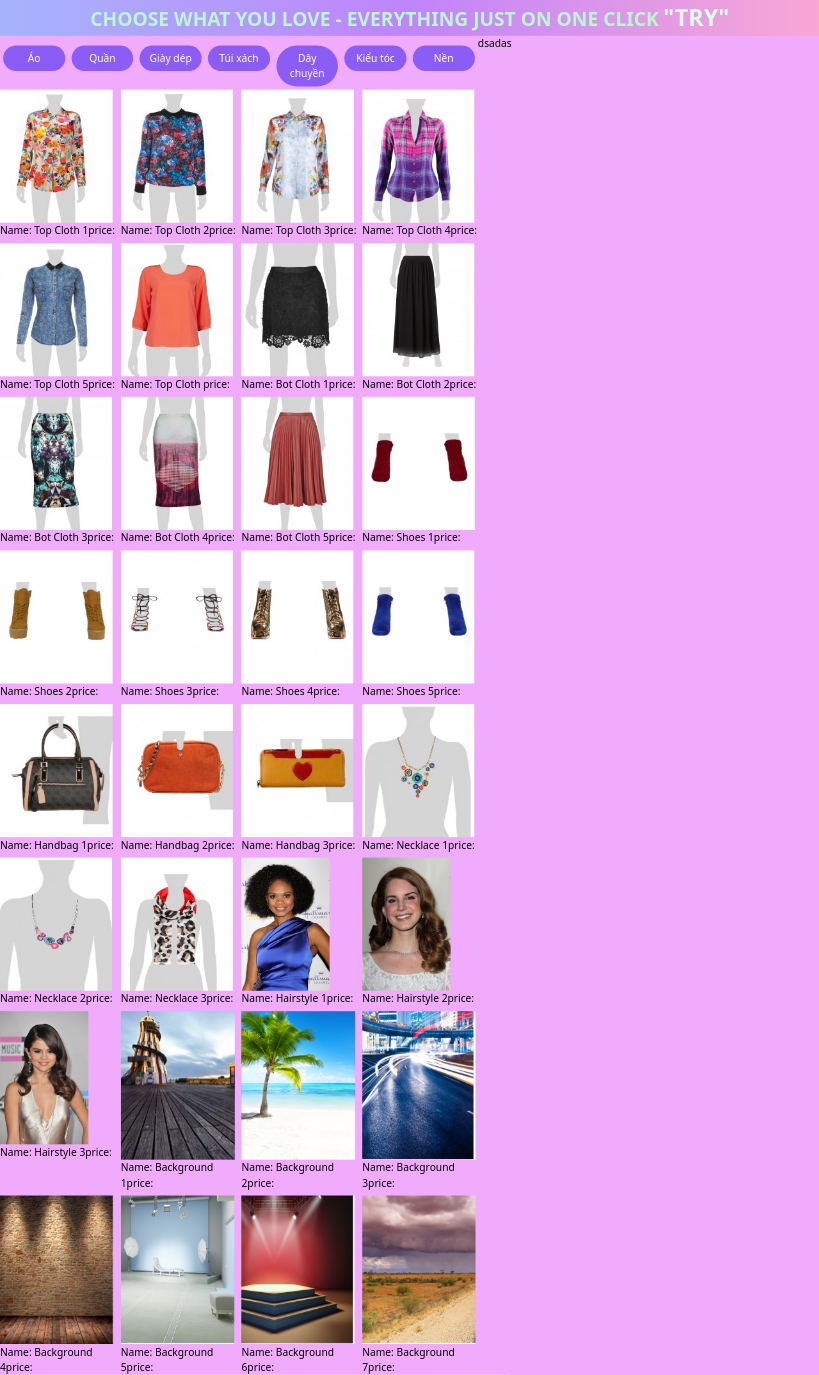
Repository: NguyenVietPhuQuy/ReactJs-TailWind-Redux-FunctionHook-ModelDesign
Page: / (app in modeldesign/)
The author's editor kept a copy of each file at every save. The page is drawn from the files as they stood at one save, then again after the next save.
The browser window is 1280 px wide. The pictures show the whole page, at 64% of full size.
The project was rebuilt for these pictures with package versions that can differ from the ones it lists, and the page was loaded fresh each time. Also part of the build but not shown: modeldesign/src/App.css.

Above is the page before, as saved 2022-11-17 15:27:42.

After the next save:
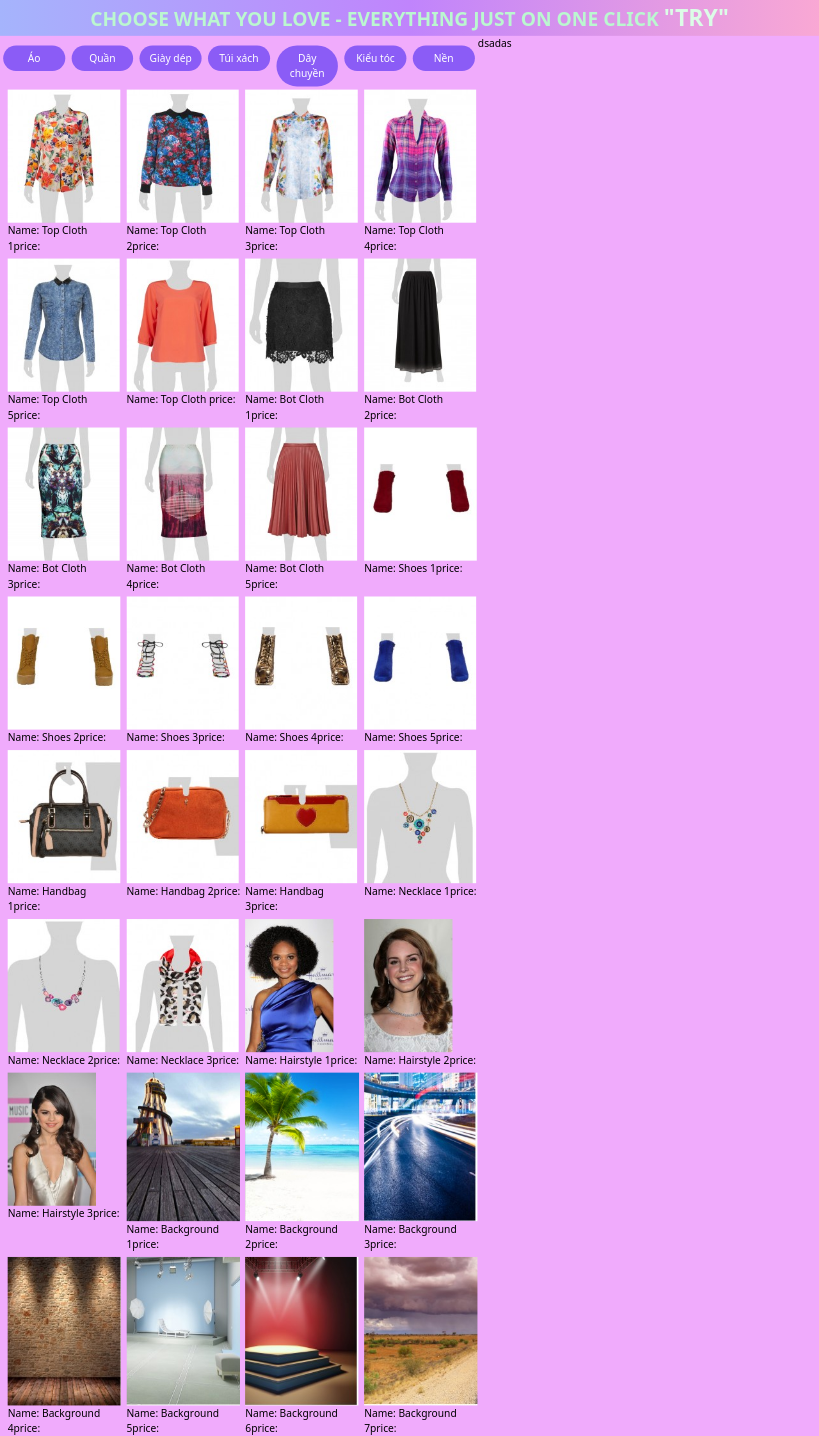
Saved 28 s later.
--- a/modeldesign/src/Components/ProductList.js
+++ b/modeldesign/src/Components/ProductList.js
@@ -4,7 +4,7 @@ function ProductList() {
     const productList = useSelector(state => state.products.product)
     console.log(productList)
     return (
-        <div className="grid grid-cols-4 gap-2">
+        <div className="grid grid-cols-4 gap-2 ml-3">
             {productList.map(item => {
                 return (
                     <div className="card ">
